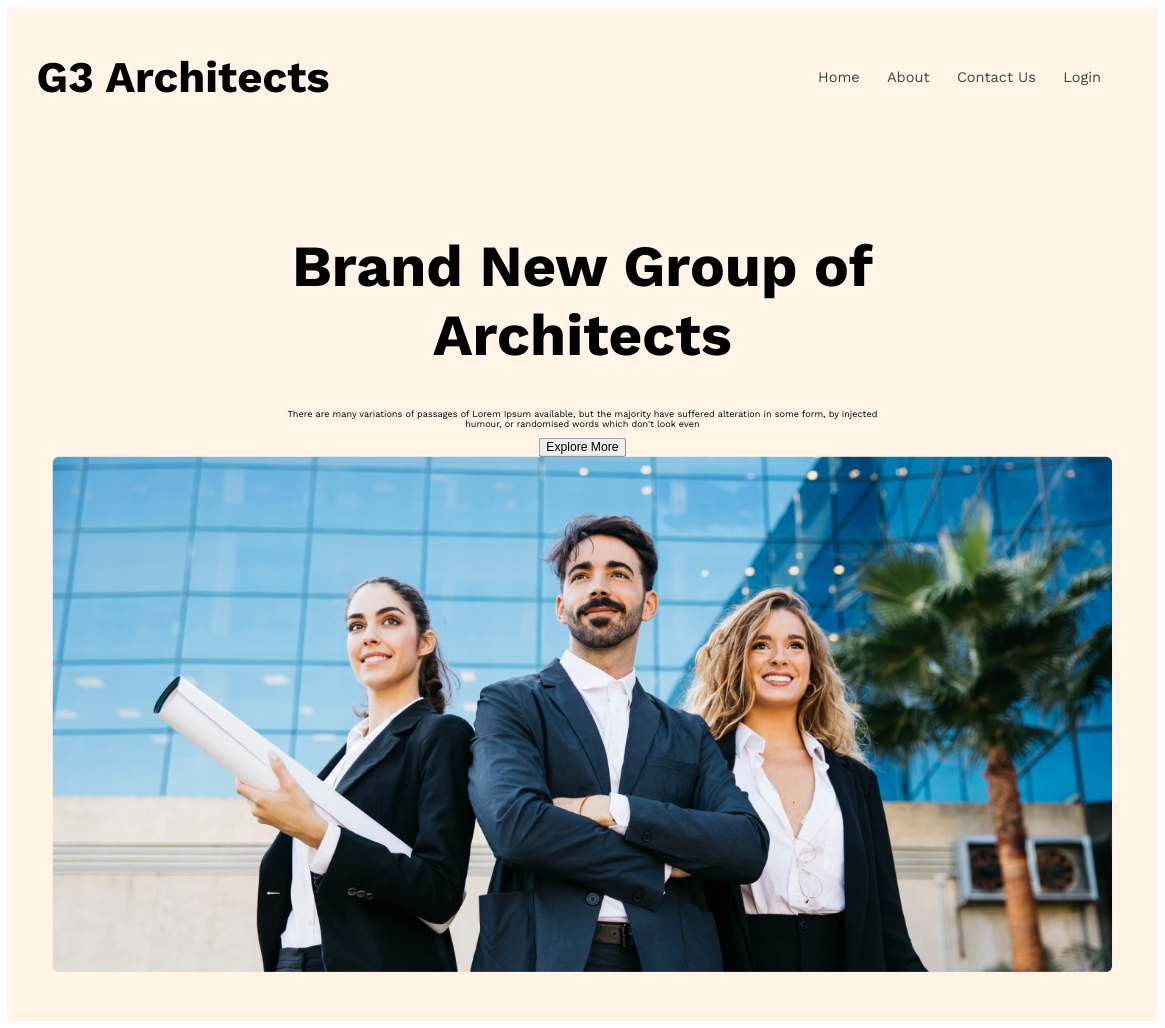
Repository: dollyrakhe22/g3-architects-website
Page: index.html
The author's editor kept a copy of each file at every save. The page is drawn from the files as they stood at one save, then again after the next save.
The browser window is 1280 px wide. The pictures show the whole page, at 91% of full size.

Above is the page before, as saved 2025-07-20 15:38:45.

### index.html
<!DOCTYPE html>
<html lang="en">
<head>
    <meta charset="UTF-8">
    <meta name="viewport" content="width=device-width, initial-scale=1.0">
    <title>Architects Website</title>
    <link rel="stylesheet" href="style.css">
</head>
<body class="work-sans-font">
   <header>
     <header class="bg-light">
           <nav class="navbar  display-flex">
             <h3 class="brand">G3 Architects</h3>
             <ul class="nav-links display-flex">
              <li class="nav-item"><a href="" class="nav-link text-gray ">Home</a></li>
              <li class="nav-item"><a href="" class="nav-link text-gray ">About</a></li>
              <li class="nav-item"><a href="" class="nav-link text-gray ">Contact Us</a></li>
              <li class="nav-item"><a href="" class="nav-link text-gray ">Login</a></li>
             </ul>
           </nav>
           <div class="banner">
          <div class="banner-content">
              <h1 class="banner-title">Brand New Group of Architects </h1>
              <p class="banner-description">There are many variations of passages of Lorem Ipsum available, but the majority have suffered alteration in some form, by injected humour,
              or randomised words which don't look even</p>
            <button>Explore More</button>
          </div>
            <img class="banner-img" src="images/banner.png" alt="" srcset="">
           </div>
    </header>
   </header>


   <main>
   </main>
    <footer>

    </footer>
</body>
</html>

### style.css
@import url('https://fonts.googleapis.com/css2?family=Work+Sans:ital,wght@0,100..900;1,100..900&display=swap');

.work-sans-font {
  font-family: "Work Sans", sans-serif;
  font-optical-sizing: auto;
  font-weight: 400px;
  font-style: normal;
}
/*shared styles*/
.display-flex{
  display: flex;
}
/*dark 02*/
.text-gray{
  color: #424242;
}
/*dark 03*/
.text-light-gray{
  color:#727272;
}
.navbar{
  justify-content: space-between;
  align-items: center;
}
.bg-light{
  background-color: rgba(255, 144, 14, 0.1);
}
.brand{
  font-weight: 700;
  font-size: 3rem;
}
/*header styles*/


/*navbar related styles*/
.navbar{
  display: flex;
}
.nav-item{
  list-style: none;
  margin-right: 30px;
}
.nav-link{
  text-decoration: none;
  font-size: 500;
}
.navbar,.banner {
  max-width: 1200px;
  margin: 0 auto;

}


/*banner related styles*/
.banner-content{
  max-width: 650px;
  margin: 0 auto;
  text-align: center;
}
.banner{
  padding: 50px;

}
.banner-img{
  width: 100%;
}
.banner-title{
  font-weight: 700;
  font-size: 4rem;
}
.banner-description{
  font-size: 10px;
}

After the next save:
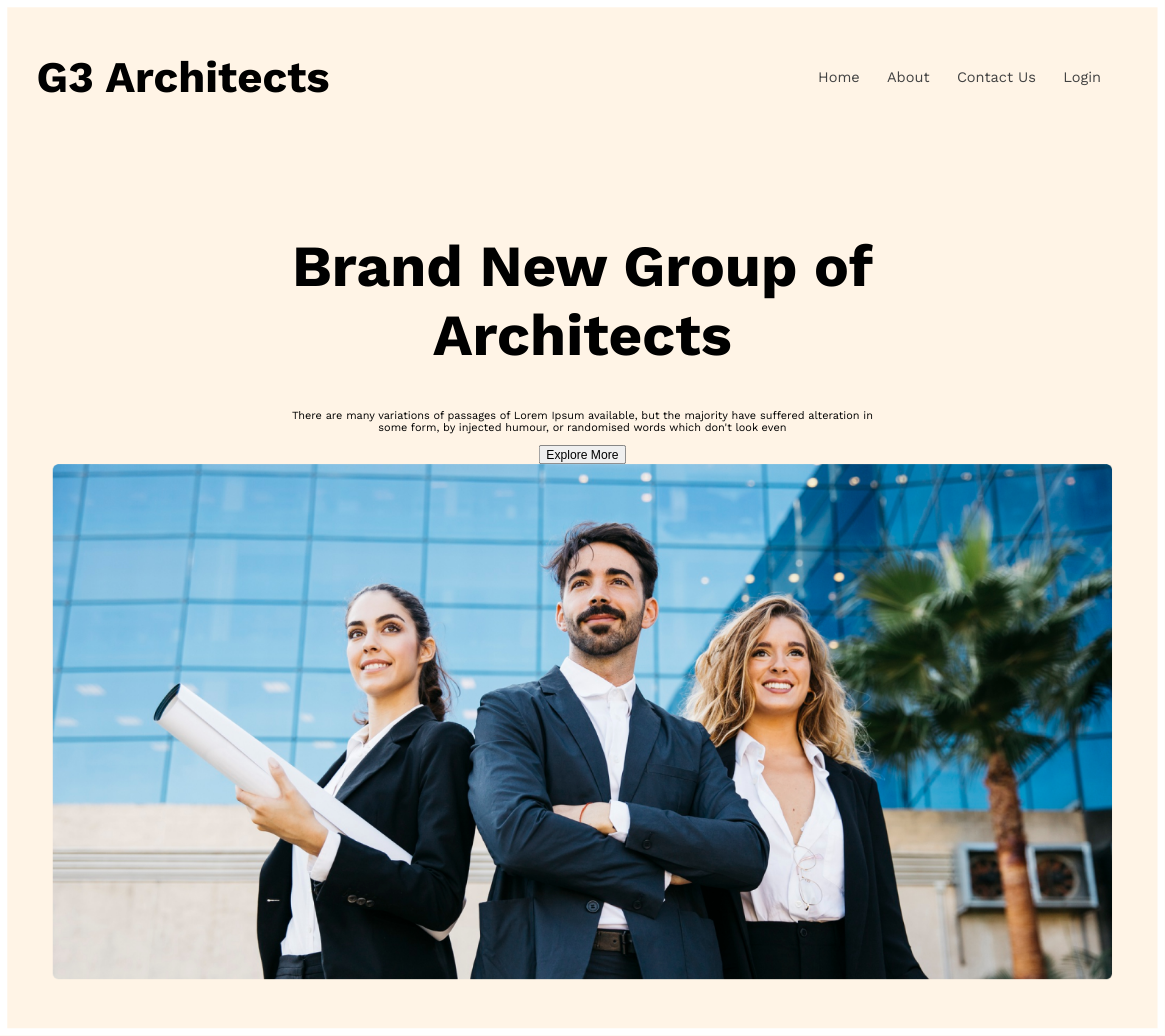
Saved 44 s later.
--- a/style.css
+++ b/style.css
@@ -69,5 +69,5 @@
   font-size: 4rem;
 }
 .banner-description{
-  font-size: 10px;
+  font-size: 12px;
 }
